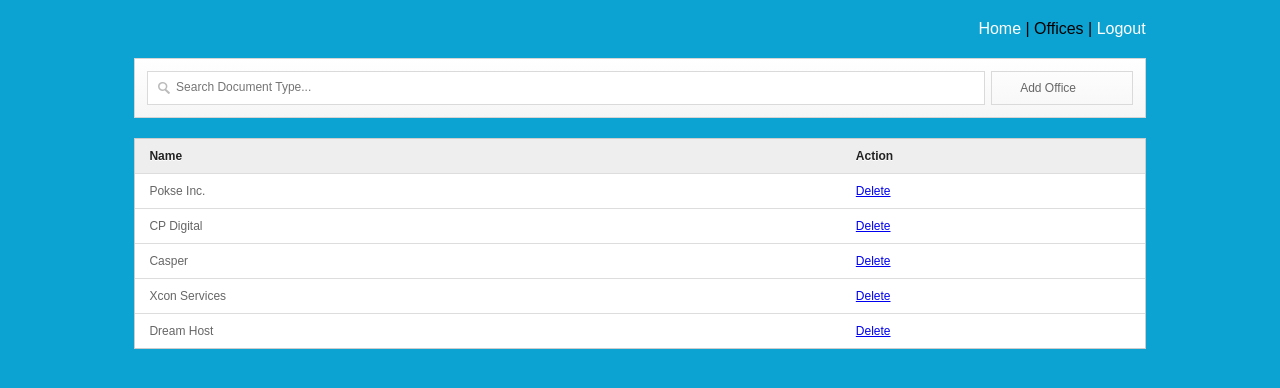
Repository: MrSyntax31/recordmanagement
Page: http://localhost/main/offices.php
These files come from the project's save history. The page is drawn as it stood at one moment and after a run of saves; the edit follows.
The browser window is 1280 px wide. The pictures show the whole page.
The page is run by PHP 8.4 with error messages shown; the project is at /var/www/html/. The database holds what the project's SQL file puts in it.

Above is the page before, as saved 2022-03-03 14:36:14.

After the next 2 saves:
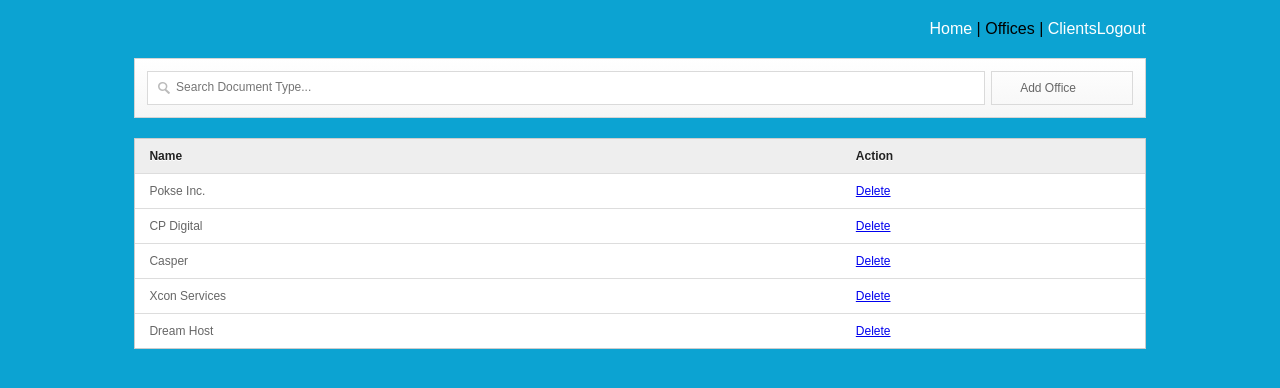
The 2 saves are shown as one change because they came seconds apart.
The last was saved 34 s later.
--- a/main/offices.php
+++ b/main/offices.php
@@ -82,7 +82,7 @@ a#add {
     })
   </script>
 <div id="log">
-<a href="index.php">Home</a> | Offices | <a href="../index.php">Logout</a>
+<a href="index.php">Home</a> | Offices |  <a href="clients.php">Clients</a><a href="../index.php">Logout</a>
 </div>
 <div id="formdesign">
 <input type="text" name="filter" value="" id="filter" placeholder="Search Document Type..." autocomplete="off" />
